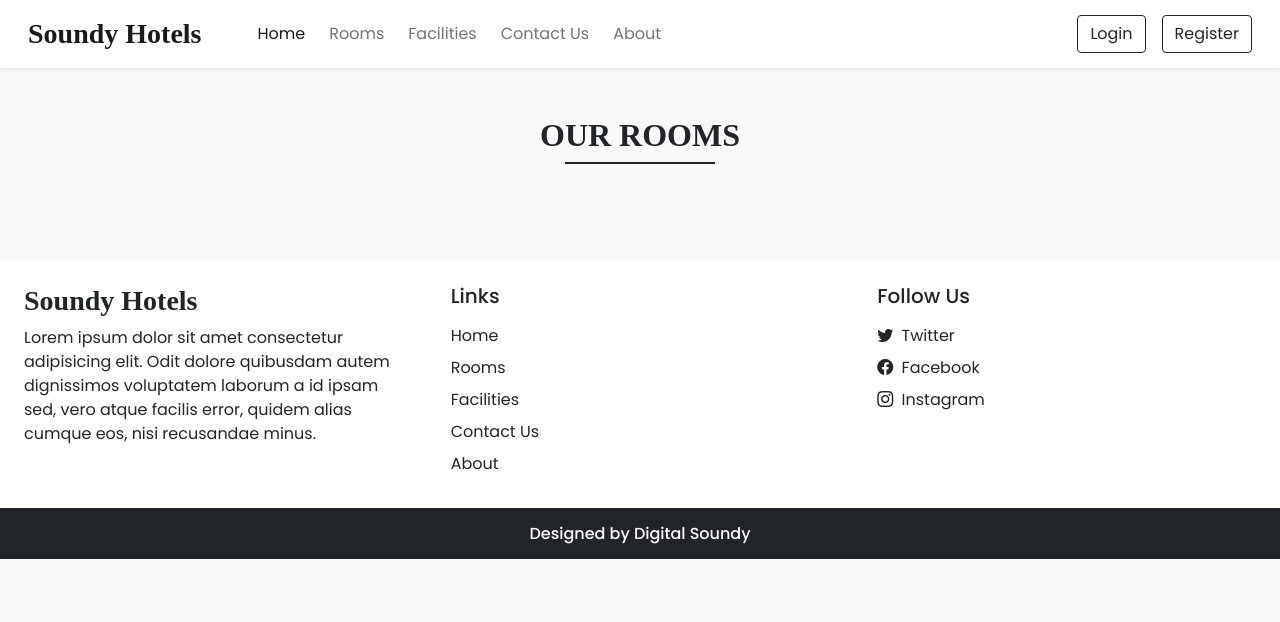
Repository: spencersoundy/Hotel-Booking-App
Page: http://localhost/rooms.php
An editor plug-in stored every save of this project. The page is shown before and after a run of saves, followed by the edit.
The browser window is 1280 px wide. The pictures show the whole page.
Some web fonts or font styles are not loaded; a fallback is used. The page is run by PHP 8.4 with error messages shown; the project is at /var/www/html/.

Above is the page before, as saved 2023-08-05 00:21:33.

### rooms.php
<!DOCTYPE html>
<html lang="en">
<head>
    <meta charset="UTF-8">
    <meta http-equiv="X-UA-Compatible" content="IE=edge">
    <meta name="viewport" content="width=device-width, initial-scale=1.0">
    <title>Soundy Hotels - CONTACT</title>
    <?php require('inc/links.php') ?>
</head>
<body class="bg-light">

<?php require('inc/header.php') ?>

<div class="my-5 px-4">
    <h2 class="fw-bold h-font text-center">OUR ROOMS</h2>
    <div class="h-line bg-dark"></div>
</div>

<div class="container">
    <div class="row">

    </div>
</div>

<?php require('inc/footer.php')?>

</body>
</html>

### inc/links.php
<link href="https://cdn.jsdelivr.net/npm/bootstrap@5.0.2/dist/css/bootstrap.min.css" rel="stylesheet" integrity="sha384-EVSTQN3/azprG1Anm3QDgpJLIm9Nao0Yz1ztcQTwFspd3yD65VohhpuuCOmLASjC" crossorigin="anonymous">
<link href="https://fonts.googleapis.com/css2?family=Merienda:wght@400;700&family=Poppins:wght@400;500;600&display=swap" rel="stylesheet">
<link rel="stylesheet" href="https://cdn.jsdelivr.net/npm/bootstrap-icons@1.10.5/font/bootstrap-icons.css">
<link rel="stylesheet" href="css/common.css"/>

### inc/header.php
<nav class="navbar navbar-expand-lg navbar-light bg-white px-lg-3 py-lg-2 shadow-sm sticky-top">
    <div class="container-fluid">
        <a class="navbar-brand me-5 fw-bold fs-3 h-font" href="index.php">Soundy Hotels</a>
        <button class="navbar-toggler shadow-none" type="button" data-bs-toggle="collapse" data-bs-target="#navbarSupportedContent" aria-controls="navbarSupportedContent" aria-expanded="false" aria-label="Toggle navigation">
        <span class="navbar-toggler-icon"></span>
        </button>
        <div class="collapse navbar-collapse" id="navbarSupportedContent">
        <ul class="navbar-nav me-auto mb-2 mb-lg-0">
            <li class="nav-item">
            <a class="nav-link active me-2" aria-current="page" href="index.php">Home</a>
            </li>
            <li class="nav-item">
            <a class="nav-link me-2" href="rooms.php">Rooms</a>
            </li>
            <li class="nav-item">
            <a class="nav-link me-2" href="facilities.php">Facilities</a>
            </li><li class="nav-item">
            <a class="nav-link me-2" href="contact.php">Contact Us</a>
            </li><li class="nav-item">
            <a class="nav-link" href="about.php">About</a>
            </li>
        </ul>
        <div class="d-flex">
            <button type="button" class="btn btn-outline-dark shadow-none me-lg-3 me-2" data-bs-toggle="modal" data-bs-target="#loginModal">
                Login
            </button>
            <button type="button" class="btn btn-outline-dark shadow-none" data-bs-toggle="modal" data-bs-target="#registerModal">
                Register
            </button>
        </div>
        </div>
    </div>
    </nav>

    <div class="modal fade" id="loginModal" data-bs-backdrop="static" data-bs-keyboard="false" tabindex="-1" aria-labelledby="staticBackdropLabel" aria-hidden="true">
        <div class="modal-dialog">
            <div class="modal-content">
                <form>
                    <div class="modal-header">
                        <h5 class="modal-title d-flex align-items-center">
                            <i class="bi bi-person-circle fs-3 me-2"></i> User Login
                        </h5>
                        <button type="reset" class="btn-close shadow-none" data-bs-dismiss="modal" aria-label="Close"></button>
                    </div>
                    <div class="modal-body">
                    <div class="mb-3">
                        <label class="form-label">Email address</label>
                        <input type="email" class="form-control shadow-none">
                    </div>
                    <div class="mb-4">
                        <label class="form-label">Password</label>
                        <input type="password" class="form-control shadow-none">
                    </div>
                        <div class="d-flex align-items-center justify-content-between mb-2">
                            <button type="submit" class="btn btn-dark shadow-none">LOGIN</button>
                            <a href="javascript: void(0)" class="text-secondary text-decoration-none">Forgot Password?</a>
                        </div>
                    </div>
                </form>
            </div>
        </div>
    </div>

    <div class="modal fade" id="registerModal" data-bs-backdrop="static" data-bs-keyboard="false" tabindex="-1" aria-labelledby="staticBackdropLabel" aria-hidden="true">
        <div class="modal-dialog modal-lg">
            <div class="modal-content">
                <form>
            <div class="modal-header">
                <h5 class="modal-title d-fle align-items-center">
                    <i class="bi bi-person-lines-fill fs-3 me-2"></i> User Registration
                </h5>
                <button type="reset" class="btn-close shadow-none" data-bs-dismiss="modal" aria-label="Close"></button>
            </div>
            <div class="modal-body">
                <span class="badge rounded-pill bg-light text-dark mb-3 text-wrap lh-base">
                    Note: Your details must match with your ID (ID book/card, passport, drivers license, etc.)
                    that will be required during check-in.
                </span>
                <div class="container-fluid">
                    <div class="row">
                        <div class="col-md-6 ps-0 mb-3">
                            <label class="form-label">Name</label>
                            <input type="text" class="form-control shadow-none">
                        </div>
                        <div class="col-md-6 p-0 mb-3">
                            <label class="form-label">Email</label>
                            <input type="email" class="form-control shadow-none">
                        </div>
                        <div class="col-md-6 ps-0 mb-3">
                            <label class="form-label">Phone Number</label>
                            <input type="number" class="form-control shadow-none">
                        </div>
                        <div class="col-md-6 p-0 mb-3">
                            <label class="form-label">Picture</label>
                            <input type="file" class="form-control shadow-none">
                        </div>
                        <div class="col-md-12 p-0 mb-3">
                            <label class="form-label">Address</label>
                            <textarea class="form-control shadow-none" rows="1"></textarea>
                        </div>
                        <div class="col-md-6 ps-0 mb-3">
                            <label class="form-label">Pincode</label>
                            <input type="number" class="form-control shadow-none">
                        </div>
                        <div class="col-md-6 p-0 mb-3">
                            <label class="form-label">Date of birth</label>
                            <input type="date" class="form-control shadow-none">
                        </div>
                        <div class="col-md-6 ps-0 mb-3">
                            <label class="form-label">Password</label>
                            <input type="password" class="form-control shadow-none">
                        </div>
                        <div class="col-md-6 p-0 mb-3">
                            <label class="form-label">Confirm Password</label>
                            <input type="password" class="form-control shadow-none">
                        </div>
                    </div>
                </div>
                <div class="text-center my-1">
                    <button type="submit" class="btn btn-dark shadow-none">REGISTER</button>
                </div>
            </div>
            </form>
            </div>
  </div>
</div>

### inc/footer.php
<div class="container-fluid bg-white mt-5">

        <div class="row">
            <div class="col-lg-4 p-4">
                <h3 class="h-font fw-bold fs-3 mb-2">Soundy Hotels</h3>
                <p>
                    Lorem ipsum dolor sit amet consectetur adipisicing elit.
                    Odit dolore quibusdam autem dignissimos voluptatem laborum a id ipsam sed,
                    vero atque facilis error, quidem alias cumque eos, nisi recusandae minus.
                </p>
            </div>
            <div class="col-lg-4 p-4">
                <h5 class="mb-3">Links</h5>
                <a href="#" class="d-inline-block mb-2 text-dark text-decoration-none">Home</a><br>
                <a href="#" class="d-inline-block mb-2 text-dark text-decoration-none">Rooms</a><br>
                <a href="#" class="d-inline-block mb-2 text-dark text-decoration-none">Facilities</a><br>
                <a href="#" class="d-inline-block mb-2 text-dark text-decoration-none">Contact Us</a><br>
                <a href="#" class="d-inline-block mb-2 text-dark text-decoration-none">About</a>
            </div>
            <div class="col-lg-4 p-4">
                <h5 class="mb-3">Follow Us</h5>
                <a href="#" class="d-inline-block text-dark text-decoration-none mb-2">
                    <i class="bi bi-twitter me-1"></i> Twitter
                </a><br>
                <a href="#" class="d-inline-block text-dark text-decoration-none mb-2">
                    <i class="bi bi-facebook me-1"></i> Facebook
                </a><br>
                <a href="#" class="d-inline-block text-dark text-decoration-none">
                    <i class="bi bi-instagram me-1"></i> Instagram
                </a><br>
            </div>
        </div>
    </div>
</div>

    <h6 class="text-center bg-dark text-white p-3 m-0">Designed by Digital Soundy</h6>

    <script src="https://cdn.jsdelivr.net/npm/bootstrap@5.0.2/dist/js/bootstrap.bundle.min.js" integrity="sha384-MrcW6ZMFYlzcLA8Nl+NtUVF0sA7MsXsP1UyJoMp4YLEuNSfAP+JcXn/tWtIaxVXM" crossorigin="anonymous"></script>

### css/common.css
:root{
    --teal: #2ec1ac;
    --teal_hover: #279e8c;
}

*{
    font-family: 'Poppins', sans-serif;
}
.h-font{
    font-family: 'Merienda', cursive;
}

input::-webkit-outer-spin-button,
input::-webkit-inner-spin-button {
-webkit-appearance: none;
margin: 0;
}

input[type=number] {
-moz-appearance: textfield;
}

.custom-bg{
    background-color: var(--teal);
    border: 1px solid var(--teal);
}
.custom-bg:hover{
    background-color: var(--teal_hover);
    border-color: var(--teal_hover);
}

.h-line{
    width: 150px;
    margin: 0 auto;
    height: 1.7px;
}

After the next 3 saves:
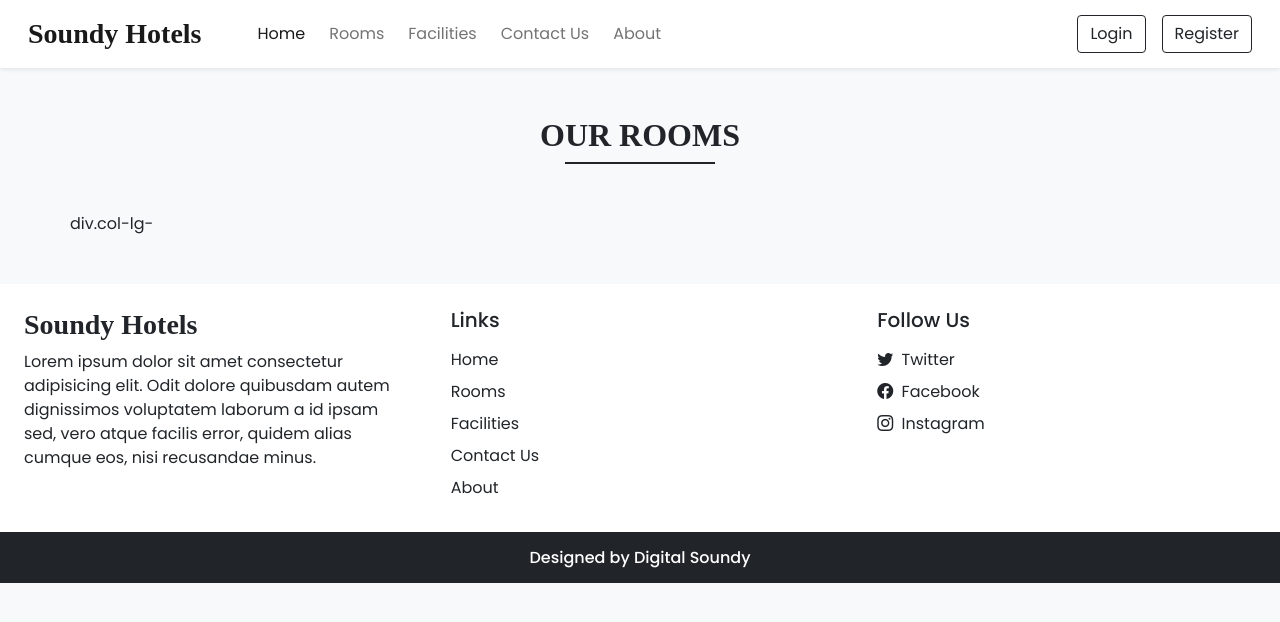
The 3 saves are shown as one change because they came seconds apart.
The last was saved 3 min 27 s later.
--- a/rooms.php
+++ b/rooms.php
@@ -18,7 +18,7 @@
 
 <div class="container">
     <div class="row">
-
+       div.col-lg-
     </div>
 </div>
 
